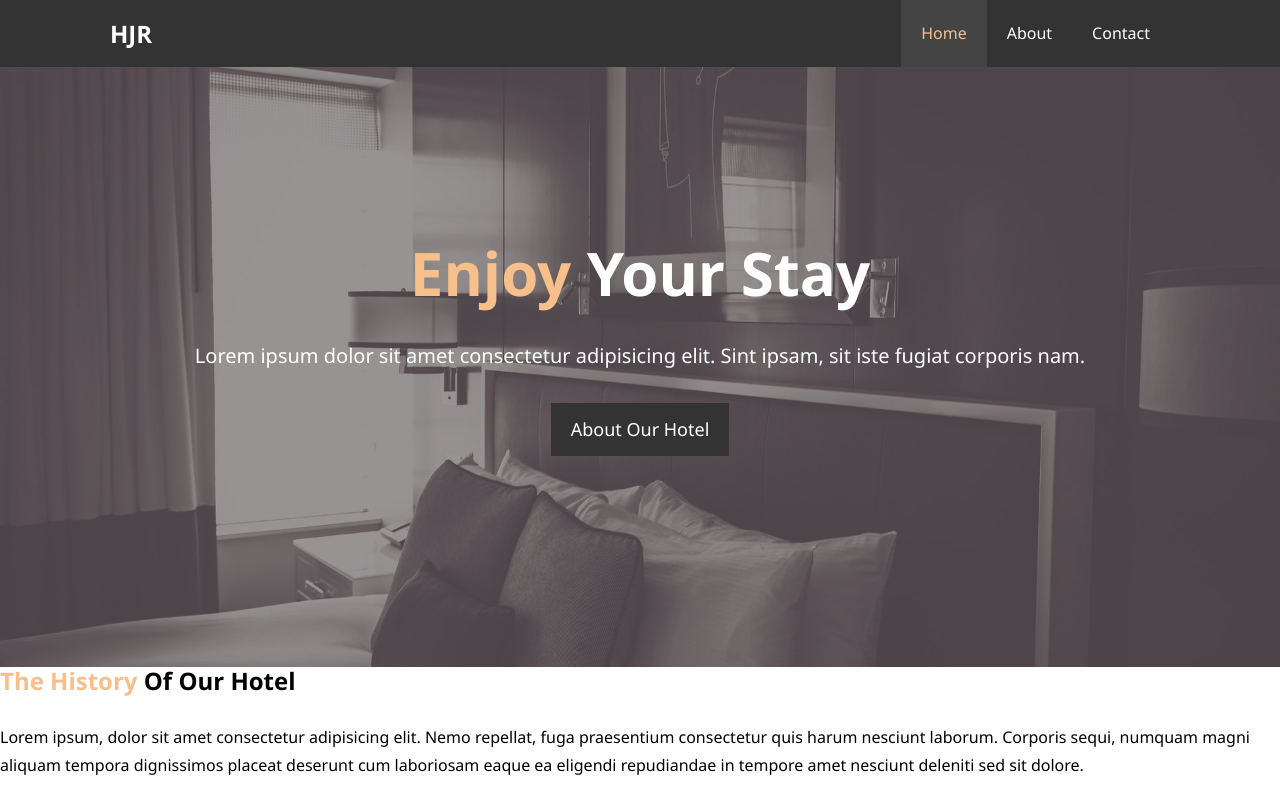
Repository: dimlutine/Hotel-Project
Page: index.html
An editor plug-in stored every save of this project. The page is shown before and after the next save, followed by the edit.
The browser window is 1280 px wide. The pictures show the whole page.

Above is the page before, as saved 2019-07-05 22:11:45.

After the next save:
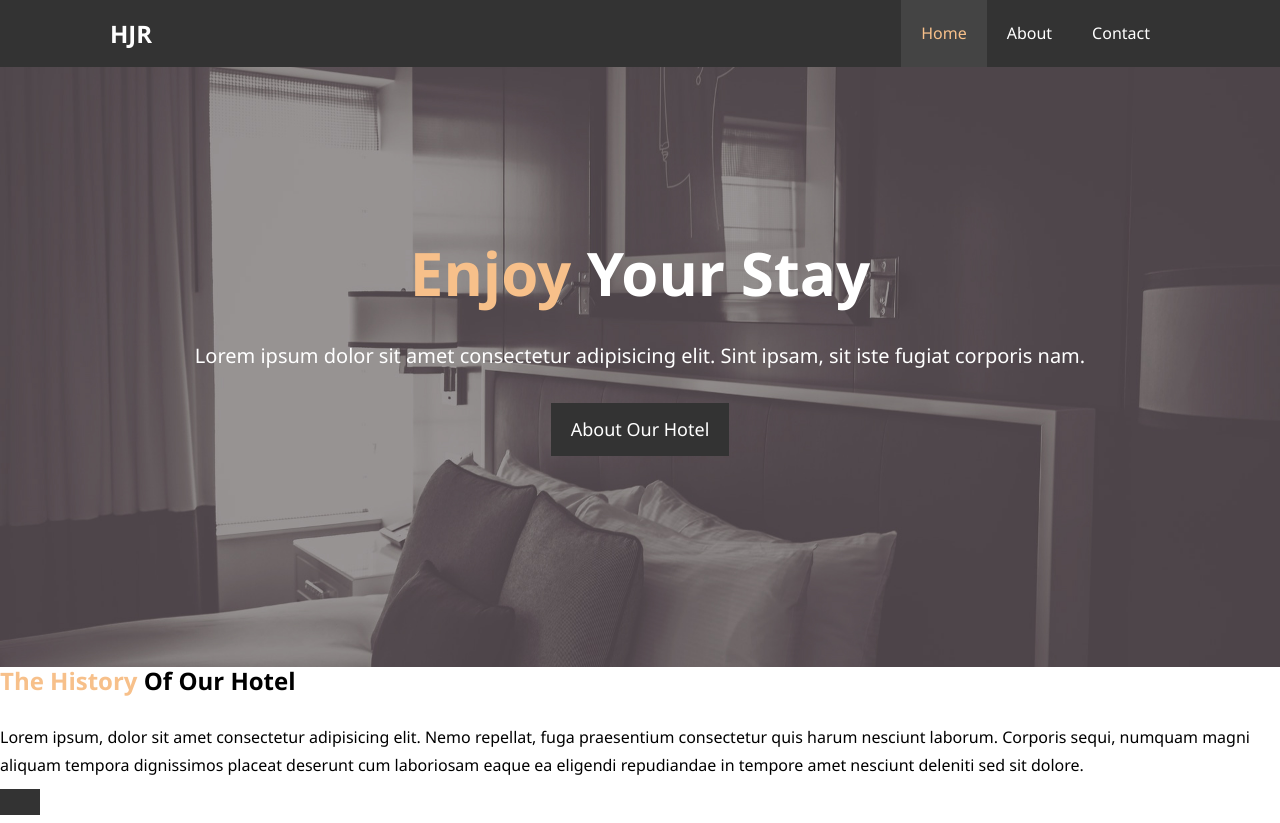
Saved 36 s later.
--- a/index.html
+++ b/index.html
@@ -43,6 +43,7 @@
             <h2><span class="text-primary">The History </span>Of Our Hotel</h2>
             <p>Lorem ipsum, dolor sit amet consectetur adipisicing elit. Nemo repellat, fuga praesentium consectetur quis harum nesciunt laborum. Corporis sequi, numquam magni aliquam tempora dignissimos placeat deserunt cum laboriosam eaque ea eligendi
                 repudiandae in tempore amet nesciunt deleniti sed sit dolore.</p>
+            <a href="about.html" class="btn btn-light"></a>
         </div>
     </section>
 </body>
